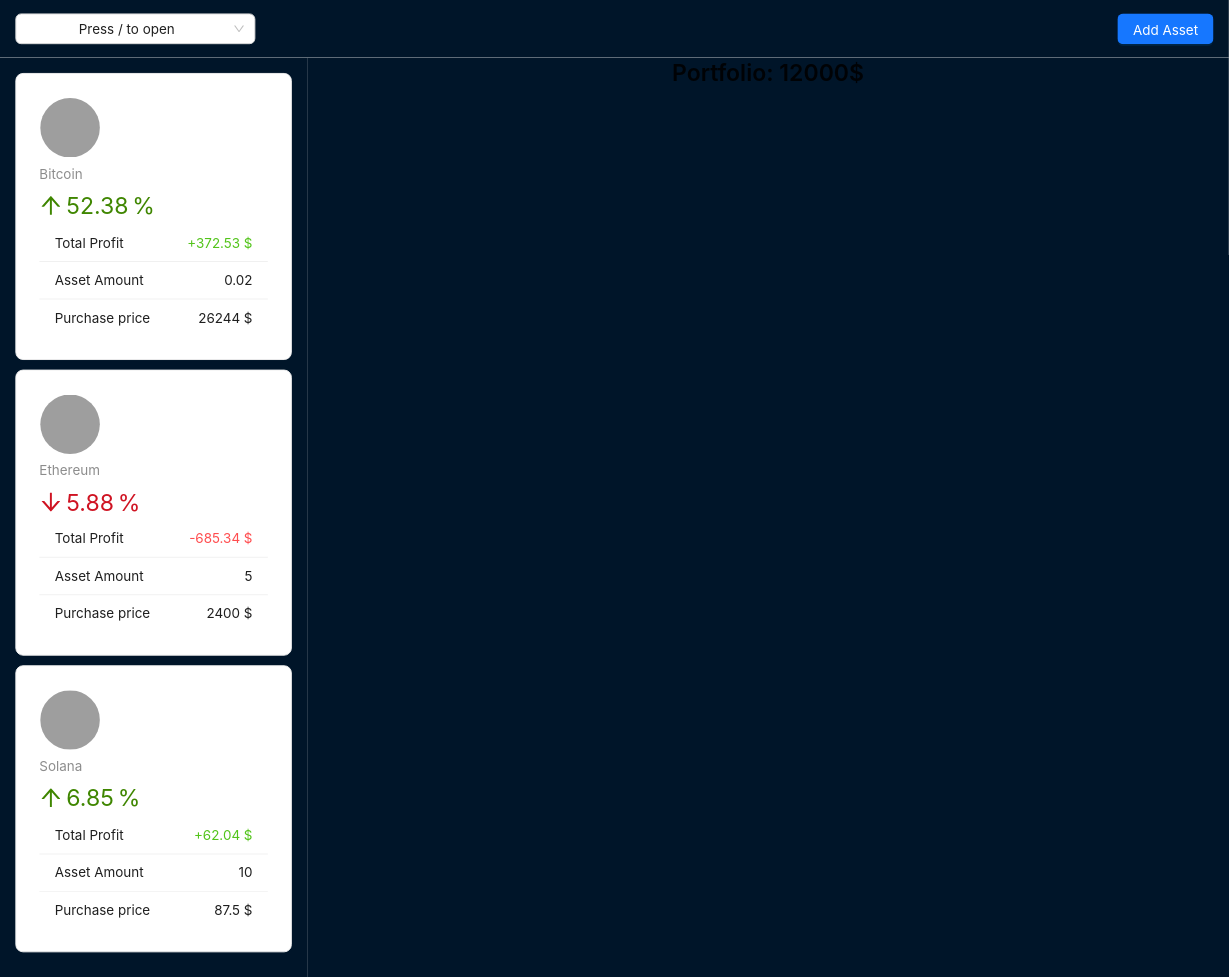
Repository: Vadia23/React-Crypto-App
Page: /
These files come from the project's save history. The page is drawn as it stood at one moment and after the next save; the edit follows.
The browser window is 1280 px wide. The pictures show the whole page, at 96% of full size.
Pictures or frames that could not be fetched are drawn as grey boxes. The project was rebuilt for these pictures with package versions that can differ from the ones it lists, and the page was loaded fresh each time. Also part of the build but not shown: vite.config.js, src/components/CoinInfo.jsx, src/components/CoinInfoModal.jsx, src/components/AddAssetForm.jsx, src/components/layout/AppConten.jsx.

Above is the page before, as saved 2024-02-28 13:54:36.

After the next save:
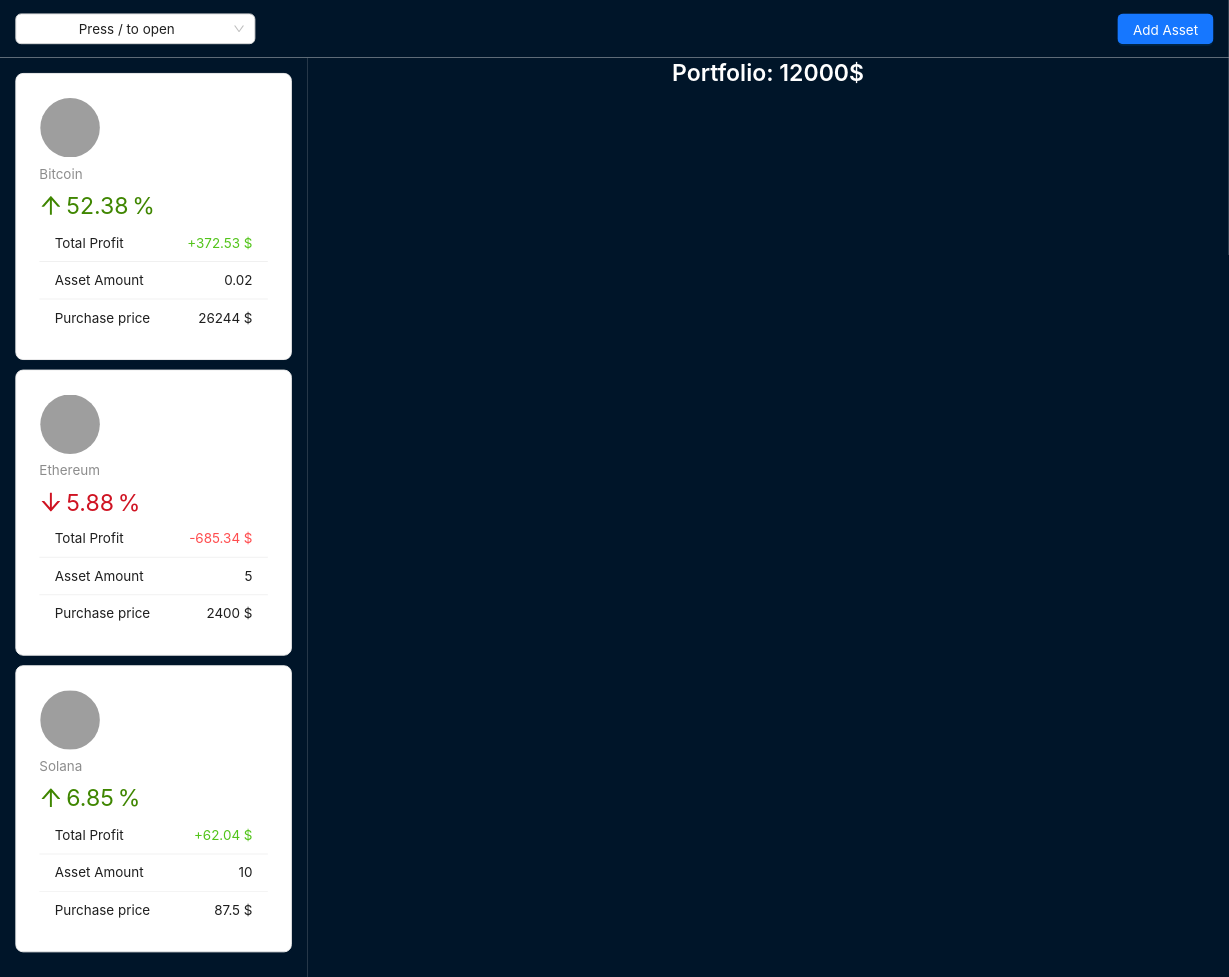
Saved 34 s later.
--- a/src/components/layout/AppContent.jsx
+++ b/src/components/layout/AppContent.jsx
@@ -10,7 +10,9 @@
 export default function AppContent() {
   return (
     <Layout.Content style={contentStyle}>
-      <Typography.Title level={3}>Portfolio: 12000$</Typography.Title>
+      <Typography.Title level={3} style={{ color: "#fff" }}>
+        Portfolio: 12000$
+      </Typography.Title>
     </Layout.Content>
   );
 }
